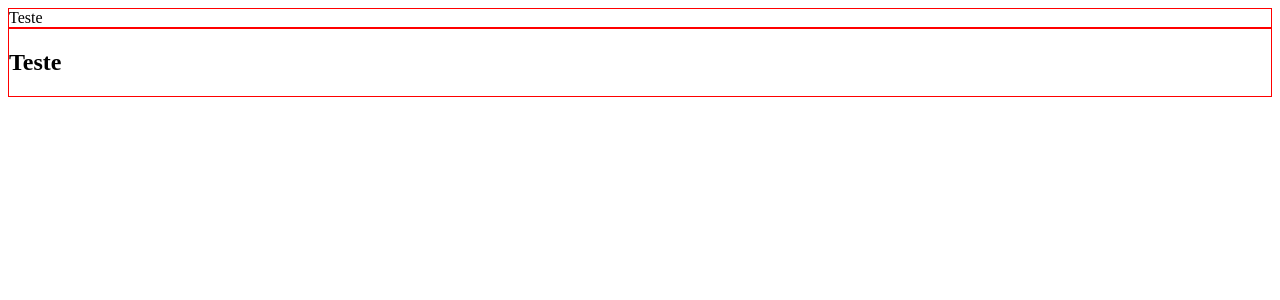
Repository: leobritto-sudo/pokemon-center
Page: http://localhost/App/Views/dashboard/manager.phtml
These files come from the project's save history. The page is drawn as it stood at one moment and after the next save; the edit follows.
The browser window is 1280 px wide. The pictures show the whole page.
The page is run by PHP 8.4 with error messages shown; the project is at /var/www/html/.

Above is the page before, as saved 2022-11-15 14:47:14.

After the next save:
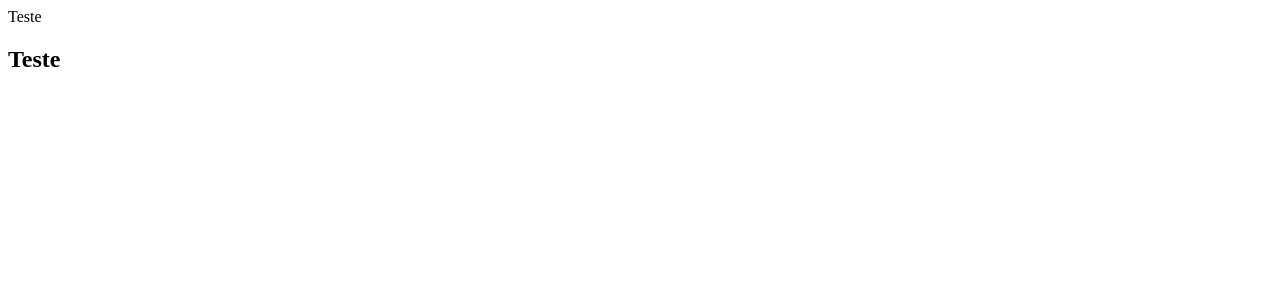
Saved 4 min 13 s later.
--- a/App/Views/dashboard/manager.phtml
+++ b/App/Views/dashboard/manager.phtml
@@ -1,8 +1,8 @@
 <div class="row d-flex justify-content-center">
-    <aside class="col-2" style="border: 1px solid red;">
+    <aside class="col-2">
         Teste
     </aside>
-    <div class="col-10" style="border: 1px solid red;">
+    <div class="col-10">
         <h2>Teste</h2>
     </div>
 </div>

After the 2 saves that followed:
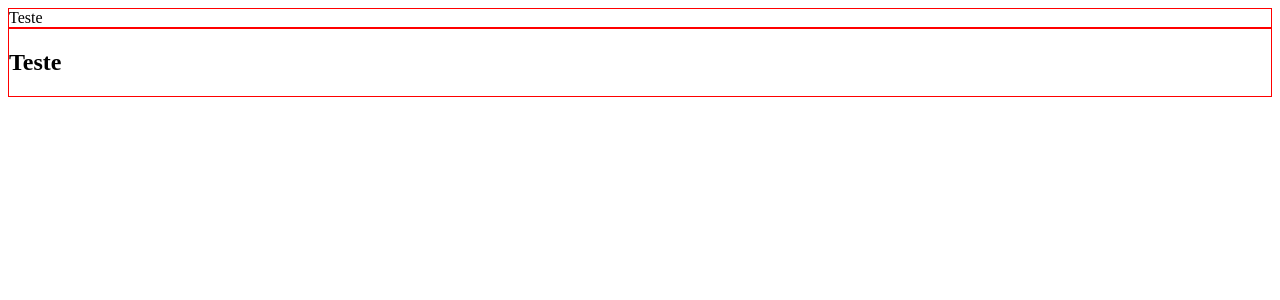
The 2 saves are shown as one change because 1 left the picture as it was.
The last was saved 22 s later.
--- a/App/Views/dashboard/manager.phtml
+++ b/App/Views/dashboard/manager.phtml
@@ -1,8 +1,8 @@
 <div class="row d-flex justify-content-center">
-    <aside class="col-2">
+    <aside class="col-2 h-100" style="border: 1px solid red;">
         Teste
     </aside>
-    <div class="col-10">
+    <div class="col-10" style="border: 1px solid red;">
         <h2>Teste</h2>
     </div>
 </div>
